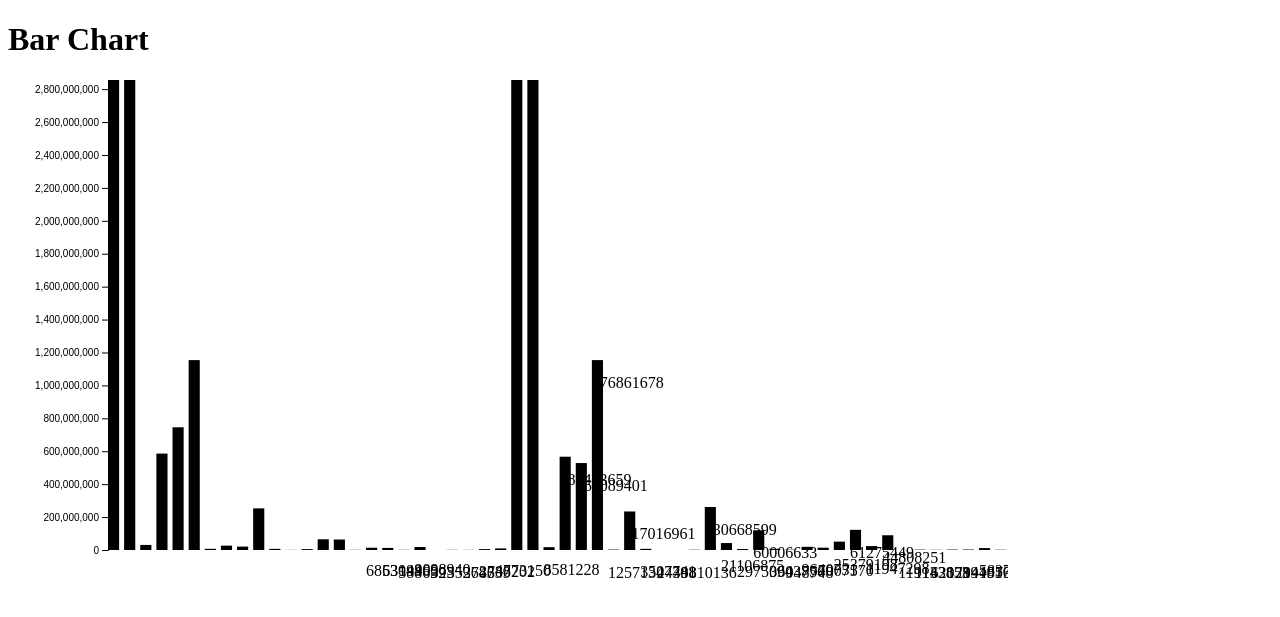
Repository: komalharjani/d3js-visualisation
Page: index.html
These files come from the project's save history. The page is drawn as it stood at one moment and after the next save; the edit follows.
The browser window is 1280 px wide. The pictures show the whole page.

Above is the page before, as saved 2020-04-29 18:53:42.

After the next save:
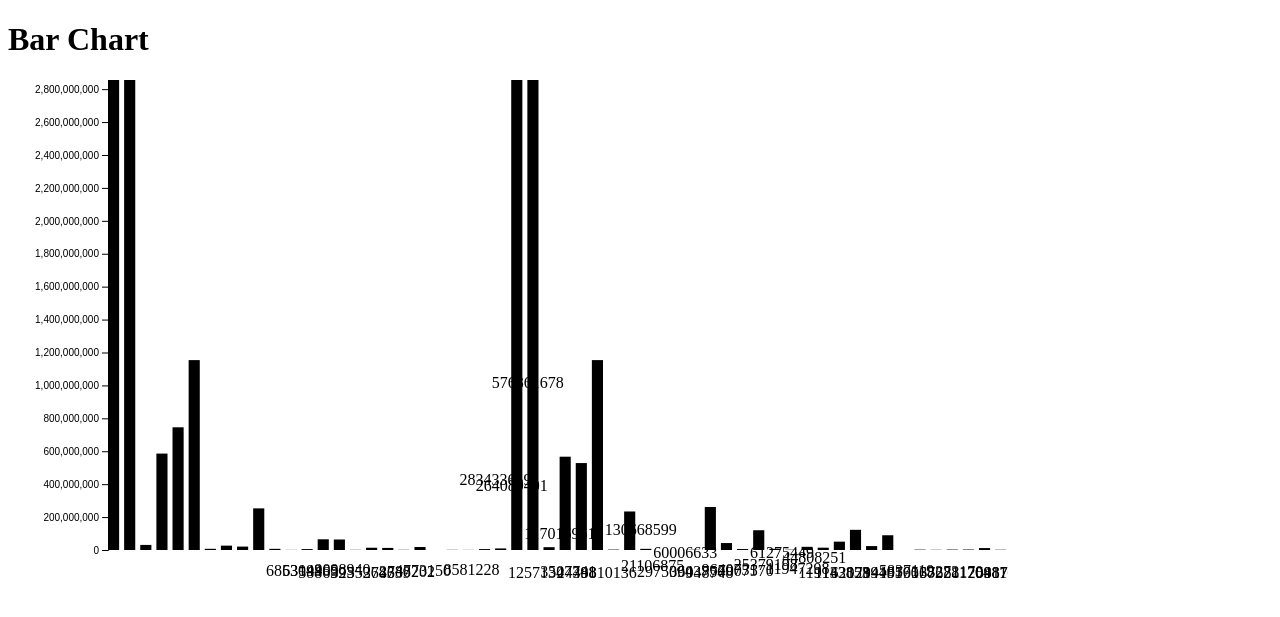
Saved 7 s later.
--- a/index.js
+++ b/index.js
@@ -95,7 +95,7 @@
                                 return height - xscale(d.amount) - 2;
                         })
                         .attr("x", function (d, i) {
-                                return 100 + barwidth * i;
+                                return barwidth * i;
                         })
 
         });

After the 3 saves that followed:
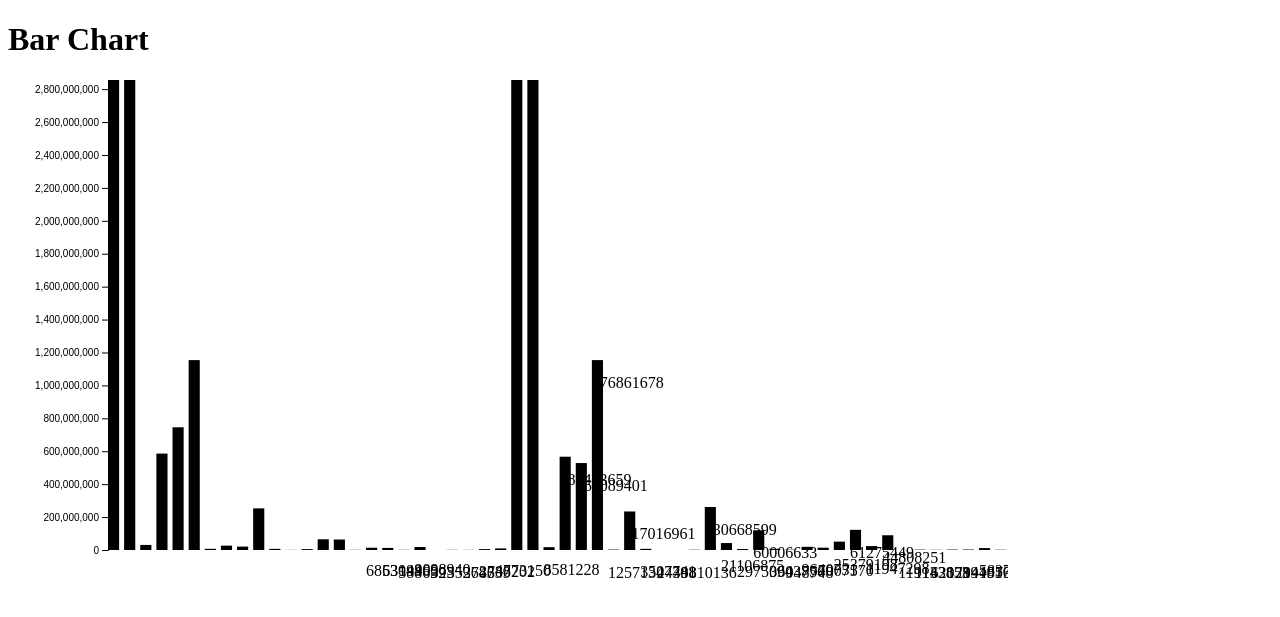
The 3 saves are shown as one change because 1 left the picture as it was and some came seconds apart.
The last was saved 23 s later.
--- a/index.js
+++ b/index.js
@@ -95,7 +95,7 @@
                                 return height - xscale(d.amount) - 2;
                         })
                         .attr("x", function (d, i) {
-                                return barwidth * i;
+                                return 100 + barwidth * i;
                         })
 
         });
